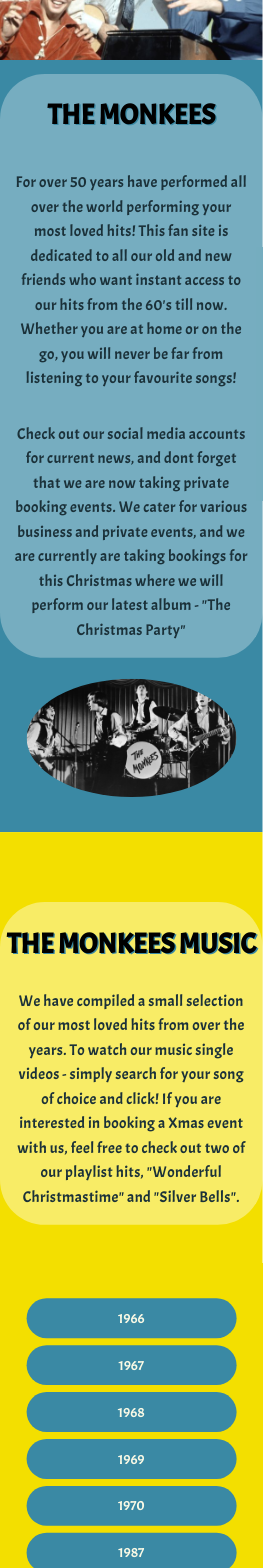
Repository: stu1612/Milestone-Project-Stu-Bolderson
Page: index.html
The author's editor kept a record of every edit. The page is drawn from the files as they stood at one moment, then again after the next edit.
The browser window is 375 px wide. The pictures show the part of the page from y = 374 to 2614 px (the page is 5018 px tall before and 4901 px after), at 70% of full size.
Some web libraries are served in a nearby version.

Above is the page before.

After the next edit:
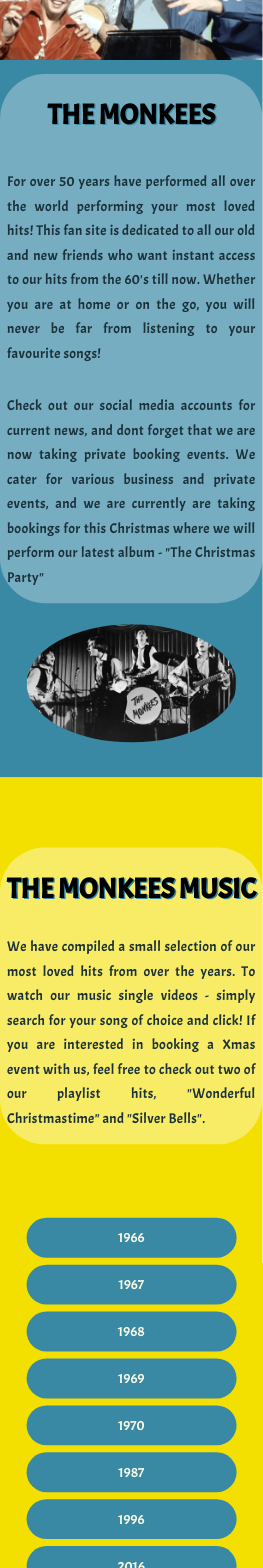
The edit:
--- a/style.css
+++ b/style.css
@@ -420,7 +420,11 @@
 /*------------------------------- MEDIA QUERIES --------------------*/
 
 @media screen and (max-width:500px) {
-
+     p {
+        padding:0 10px;
+        text-align:justify;
+        font-size:20px;
+    }
 }
 
 /*------------------------------- NAVBAR MEDIA QUERIES --------------------*/
